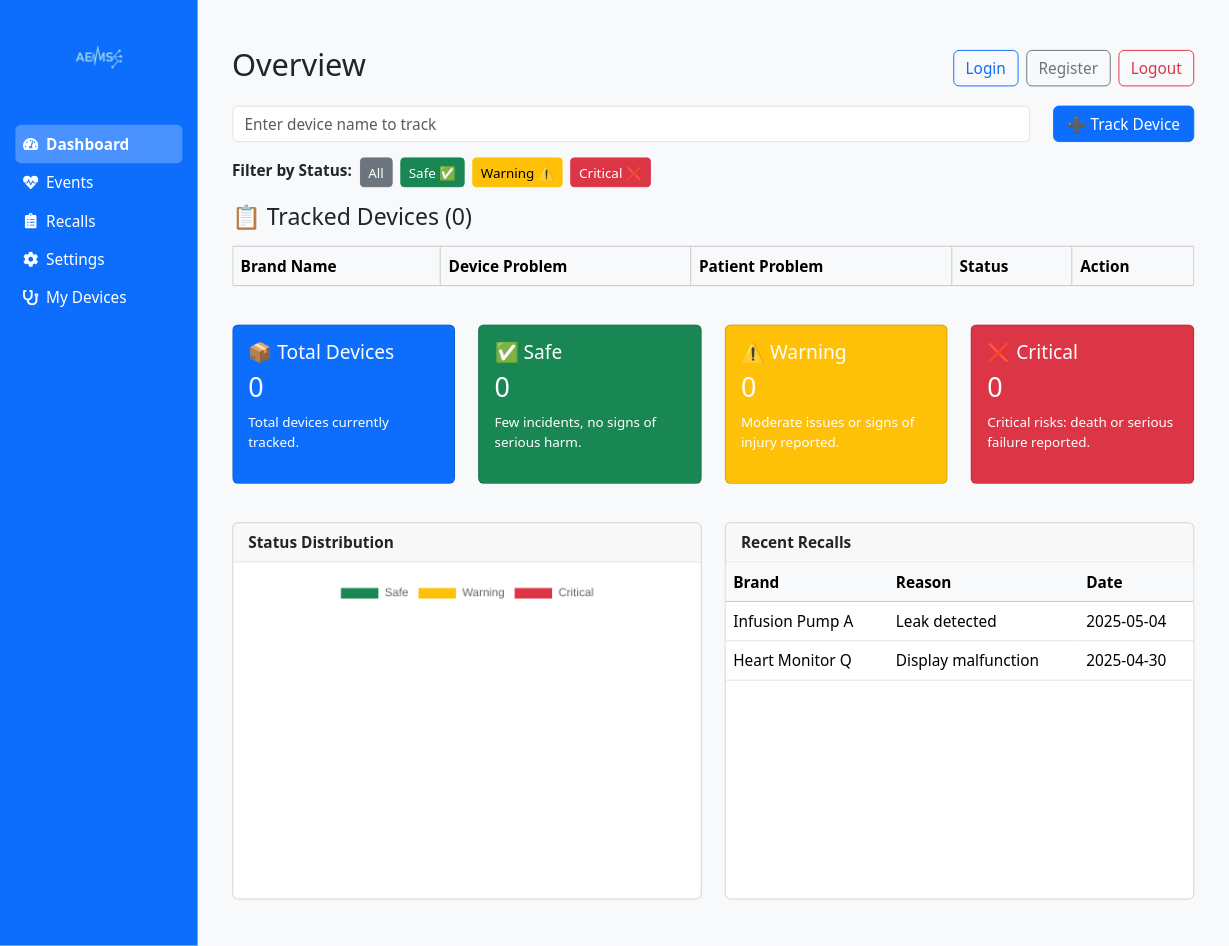
Repository: Sarary2/AEMS_2MVP
Page: / (app in frontend/AEMS/)
The author's editor kept a copy of each file at every save. The page is drawn from the files as they stood at one save, then again after the next save.
The browser window is 1280 px wide. The pictures show the whole page, at 96% of full size.
The page's requests for data from a server got no answer. The project was rebuilt for these pictures with package versions that can differ from the ones it lists, and the page was loaded fresh each time. No one was signed in, and anything a server would have sent is missing. Also part of the build but not shown: frontend/AEMS/vite.config.js, frontend/AEMS/src/components/DeviceRow.jsx, frontend/AEMS/src/pages/Events.jsx, frontend/AEMS/src/firebase.js, frontend/AEMS/src/pages/Login.jsx, frontend/AEMS/src/pages/Register.jsx, frontend/AEMS/src/utils/fetchRecalls.js, frontend/AEMS/src/pages/Recalls.jsx and 2 more.

Above is the page before, as saved 2025-05-06 14:32:10.

### frontend/AEMS/src/main.jsx
import React from 'react';
import ReactDOM from 'react-dom/client';
import App from './App.jsx';
import 'bootstrap/dist/css/bootstrap.min.css';

ReactDOM.createRoot(document.getElementById('root')).render(
  <React.StrictMode>
    <App />
  </React.StrictMode>
);

### frontend/AEMS/src/App.jsx
import { BrowserRouter as Router, Routes, Route, useLocation } from 'react-router-dom';
import Sidebar from './components/Sidebar';
import Dashboard from './pages/Dashboard';
import Events from './pages/Events';
import Login from './pages/Login';
import Register from './pages/Register';
import Recalls from './pages/Recalls';
import Settings from './pages/Settings';
import TrackedDevices from './pages/TrackedDevices';

function LayoutWithSidebar({ children }) {
  return (
    <div className="d-flex min-vh-100">
      <Sidebar />
      <div className="flex-grow-1 bg-light p-4 overflow-auto">
        {children}
      </div>
    </div>
  );
}

function AppRoutes() {
  const location = useLocation();
  const hideSidebar = ['/login', '/register'].includes(location.pathname);

  return hideSidebar ? (
    <Routes>
      <Route path="/login" element={<Login />} />
      <Route path="/register" element={<Register />} />
    </Routes>
  ) : (
    <LayoutWithSidebar>
      <Routes>
        <Route path="/" element={<Dashboard />} />
        <Route path="/events" element={<Events />} />
        <Route path="/recalls" element={<Recalls />} />
        <Route path="/settings" element={<Settings />} />
        <Route path="/tracked" element={<TrackedDevices />} />
      </Routes>
    </LayoutWithSidebar>
  );
}

export default function App() {
  return (
    <Router>
      <AppRoutes />
    </Router>
  );
}

### frontend/AEMS/src/components/Sidebar.jsx
import { NavLink } from 'react-router-dom';
import {
  FaTachometerAlt,
  FaHeartbeat,
  FaClipboardList,
  FaCog,
  FaStethoscope,
} from 'react-icons/fa';
import logo from '../assets/logo.png'; // Make sure path is correct

export default function Sidebar() {
  return (
    <div
      className="bg-primary text-white d-flex flex-column align-items-start p-3"
      style={{ width: '250px', minHeight: '100vh' }}
    >
      {/* Logo only */}
      <div className="w-100 text-center mb-4">
        <img
          src={logo}
          alt="AEMS Logo"
          className="img-fluid"
          style={{ height: '90px', objectFit: 'contain' }}
        />
      </div>

      {/* Navigation links */}
      <ul className="nav flex-column w-100">
        <li className="nav-item">
          <NavLink
            to="/"
            className={({ isActive }) =>
              `nav-link d-flex align-items-center text-white px-2 py-2 ${isActive ? 'fw-bold bg-white bg-opacity-25 rounded' : ''}`
            }
          >
            <FaTachometerAlt className="me-2" />
            Dashboard
          </NavLink>
        </li>
        <li className="nav-item">
          <NavLink
            to="/events"
            className={({ isActive }) =>
              `nav-link d-flex align-items-center text-white px-2 py-2 ${isActive ? 'fw-bold bg-white bg-opacity-25 rounded' : ''}`
            }
          >
            <FaHeartbeat className="me-2" />
            Events
          </NavLink>
        </li>
        <li className="nav-item">
          <NavLink
            to="/recalls"
            className={({ isActive }) =>
              `nav-link d-flex align-items-center text-white px-2 py-2 ${isActive ? 'fw-bold bg-white bg-opacity-25 rounded' : ''}`
            }
          >
            <FaClipboardList className="me-2" />
            Recalls
          </NavLink>
        </li>
        <li className="nav-item">
          <NavLink
            to="/settings"
            className={({ isActive }) =>
              `nav-link d-flex align-items-center text-white px-2 py-2 ${isActive ? 'fw-bold bg-white bg-opacity-25 rounded' : ''}`
            }
          >
            <FaCog className="me-2" />
            Settings
          </NavLink>
        </li>
        <li className="nav-item">
          <NavLink
            to="/tracked"
            className={({ isActive }) =>
              `nav-link d-flex align-items-center text-white px-2 py-2 ${isActive ? 'fw-bold bg-white bg-opacity-25 rounded' : ''}`
            }
          >
            <FaStethoscope className="me-2" />
            My Devices
          </NavLink>
        </li>
      </ul>
    </div>
  );
}

### frontend/AEMS/src/pages/Dashboard.jsx
import { useEffect, useState } from 'react';
import { useNavigate } from 'react-router-dom';
import StatCard from '../components/StatCard';
import DeviceRow from '../components/DeviceRow';
import StatusChart from '../components/StatusChart';
import RecallsPanel from '../components/RecallsPanel';

export default function Dashboard() {
  const [devices, setDevices] = useState([]);
  const [filter, setFilter] = useState('All');
  const [tracked, setTracked] = useState(() =>
    JSON.parse(localStorage.getItem('trackedDevices') || '[]')
  );
  const [deviceInput, setDeviceInput] = useState('');
  const navigate = useNavigate();

  // Fetch data
  useEffect(() => {
    fetch('http://localhost:5001/api/devices/all')
      .then(res => res.json())
      .then(setDevices)
      .catch(err => console.error('Failed to fetch devices', err));
  }, []);

  // Tracking
  const handleTrackAdd = () => {
    const input = deviceInput.trim().toLowerCase();
    if (!input || tracked.includes(input)) return;
    const updated = [...tracked, input];
    setTracked(updated);
    localStorage.setItem('trackedDevices', JSON.stringify(updated));
    setDeviceInput('');
  };

  const handleTrackRemove = (brandName) => {
    const normalized = tracked.find(t => brandName.toLowerCase().includes(t));
    if (!normalized) return;
    const updated = tracked.filter(t => t !== normalized);
    setTracked(updated);
    localStorage.setItem('trackedDevices', JSON.stringify(updated));
  };

  // Match devices
  const matchedTrackedDevices = devices.filter(d =>
    tracked.some(t => d.brandName.toLowerCase().includes(t))
  );

  const filteredDevices = filter === 'All'
    ? matchedTrackedDevices
    : matchedTrackedDevices.filter(d => d.status === filter);

  // Status logic
  const getStatusCounts = () => {
    const safe = matchedTrackedDevices.filter(d => d.status === 'Safe').length;
    const warning = matchedTrackedDevices.filter(d => d.status === 'Warning').length;
    const critical = matchedTrackedDevices.filter(d => d.status === 'Critical').length;
    return {
      total: matchedTrackedDevices.length,
      safe,
      warning,
      critical,
    };
  };

  const { total, safe, warning, critical } = getStatusCounts();

  const statusIcons = {
    Safe: '✅',
    Warning: '⚠️',
    Critical: '❌',
  };

  const dummyRecalls = [
    { brandName: 'Infusion Pump A', recallReason: 'Leak detected', recallDate: '2025-05-04' },
    { brandName: 'Heart Monitor Q', recallReason: 'Display malfunction', recallDate: '2025-04-30' },
  ];

  return (
    <div className="container-fluid">
      {/* Header */}
      <div className="d-flex justify-content-between align-items-center mt-4 mb-3">
        <h2>Overview</h2>
        <div>
          <button className="btn btn-outline-primary me-2" onClick={() => navigate('/login')}>Login</button>
          <button className="btn btn-outline-secondary me-2" onClick={() => navigate('/register')}>Register</button>
          <button className="btn btn-outline-danger" onClick={() => alert('🔒 Logged out')}>Logout</button>
        </div>
      </div>

      {/* Add Device */}
      <div className="mb-3 row">
        <div className="col-md-10">
          <input
            placeholder="Enter device name to track"
            className="form-control"
            value={deviceInput}
            onChange={(e) => setDeviceInput(e.target.value)}
          />
        </div>
        <div className="col-md-2">
          <button className="btn btn-primary w-100" onClick={handleTrackAdd}>
            ➕ Track Device
          </button>
        </div>
      </div>

      {/* Filter */}
      <div className="mb-3">
        <strong>Filter by Status:</strong>{' '}
        {['All', 'Safe', 'Warning', 'Critical'].map((s) => (
          <button
            key={s}
            className={`btn btn-sm mx-1 btn-${s === 'All' ? 'secondary' : s === 'Safe' ? 'success' : s === 'Warning' ? 'warning' : 'danger'}`}
            onClick={() => setFilter(s)}
          >
            {s} {statusIcons[s] || ''}
          </button>
        ))}
      </div>

      {/* Devices Table */}
      <h4>📋 Tracked Devices ({filteredDevices.length})</h4>
      <div className="table-responsive mb-4">
        <table className="table table-striped table-bordered mt-2">
          <thead className="table-light">
            <tr>
              <th>Brand Name</th>
              <th>Device Problem</th>
              <th>Patient Problem</th>
              <th>Status</th>
              <th>Action</th>
            </tr>
          </thead>
          <tbody>
            {filteredDevices.map((device, i) => (
              <DeviceRow key={i} device={device} onRemove={handleTrackRemove} />
            ))}
          </tbody>
        </table>
      </div>

      {/* Stats Cards */}
      <div className="row mb-4">
        <StatCard title="Total Devices" count={total} />
        <StatCard title="Safe" count={safe} />
        <StatCard title="Warning" count={warning} />
        <StatCard title="Critical" count={critical} />
      </div>

      {/* Charts */}
      <div className="row mb-4">
        <div className="col-md-6">
          <StatusChart data={{ Safe: safe, Warning: warning, Critical: critical }} />
        </div>
        <div className="col-md-6">
          <RecallsPanel recalls={dummyRecalls} />
        </div>
      </div>
    </div>
  );
}

### frontend/AEMS/src/components/StatCard.jsx
import React from 'react';

const statusDetails = {
  "Safe": {
    icon: "✅",
    explanation: "Few incidents, no signs of serious harm.",
    color: "success"
  },
  "Warning": {
    icon: "⚠️",
    explanation: "Moderate issues or signs of injury reported.",
    color: "warning"
  },
  "Critical": {
    icon: "❌",
    explanation: "Critical risks: death or serious failure reported.",
    color: "danger"
  },
  "Total Devices": {
    icon: "📦",
    explanation: "Total devices currently tracked.",
    color: "primary"
  }
};

export default function StatCard({ title, count }) {
  const details = statusDetails[title] || {
    icon: "📊",
    explanation: "Summary of device activity.",
    color: "secondary"
  };

  return (
    <div className="col-md-3 mb-3">
      <div className={`card text-white bg-${details.color}`}>
        <div className="card-body">
          <h5 className="card-title">
            {details.icon} {title}
          </h5>
          <h3 className="card-text">{count}</h3>
          <p className="small">{details.explanation}</p>
        </div>
      </div>
    </div>
  );
}

### frontend/AEMS/src/components/StatusChart.jsx
import { Pie } from 'react-chartjs-2';
import { Chart as ChartJS, ArcElement, Tooltip, Legend } from 'chart.js';

ChartJS.register(ArcElement, Tooltip, Legend);

export default function StatusChart({ data }) {
  const chartData = {
    labels: ['Safe', 'Warning', 'Critical'],
    datasets: [
      {
        data: [data.Safe, data.Warning, data.Critical],
        backgroundColor: ['#198754', '#ffc107', '#dc3545'],
        borderWidth: 1,
      },
    ],
  };

  const chartOptions = {
    responsive: true,
    maintainAspectRatio: false,
    plugins: {
      legend: { position: 'top' },
    },
  };

  return (
    <div className="card h-100">
      <div className="card-header fw-semibold">Status Distribution</div>
      <div className="card-body" style={{ height: '350px' }}>
        <Pie data={chartData} options={chartOptions} />
      </div>
    </div>
  );
}

### frontend/AEMS/src/components/RecallsPanel.jsx
export default function RecallsPanel({ recalls }) {
    return (
      <div className="card h-100">
        <div className="card-header fw-bold">Recent Recalls</div>
        <div className="card-body p-0">
          <table className="table mb-0 table-hover">
            <thead className="table-light">
              <tr>
                <th>Brand</th>
                <th>Reason</th>
                <th>Date</th>
              </tr>
            </thead>
            <tbody>
              {recalls.length === 0 ? (
                <tr>
                  <td colSpan="3" className="text-center text-muted">No recent recalls.</td>
                </tr>
              ) : (
                recalls.map((recall, idx) => (
                  <tr key={idx}>
                    <td>{recall.brandName}</td>
                    <td>{recall.recallReason}</td>
                    <td>{recall.recallDate}</td>
                  </tr>
                ))
              )}
            </tbody>
          </table>
        </div>
      </div>
    );
  }

Loaded but not shown: frontend/AEMS/index.html (common file)

After the next save:
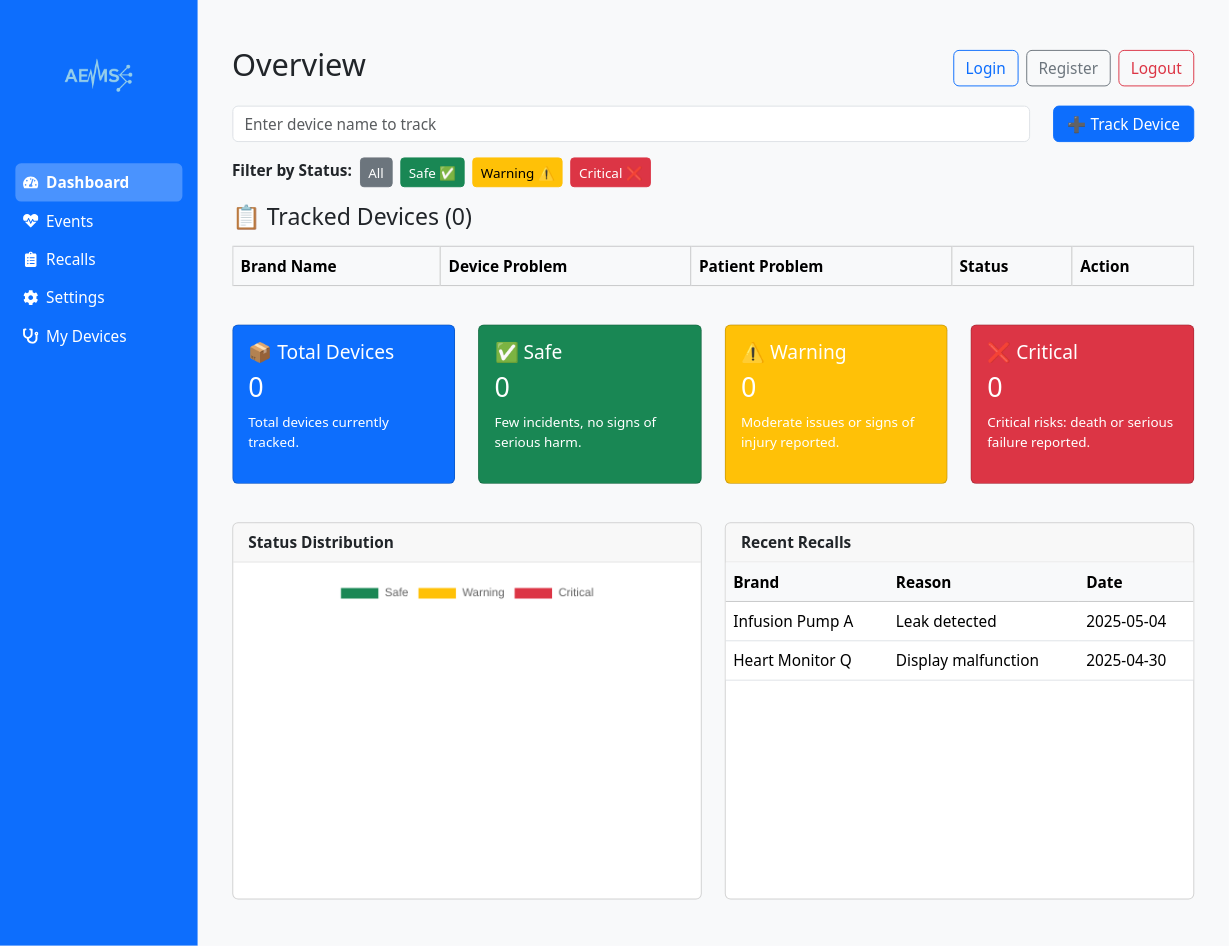
Saved 50 s later.
--- a/frontend/AEMS/src/components/Sidebar.jsx
+++ b/frontend/AEMS/src/components/Sidebar.jsx
@@ -20,7 +20,7 @@ export default function Sidebar() {
           src={logo}
           alt="AEMS Logo"
           className="img-fluid"
-          style={{ height: '90px', objectFit: 'contain' }}
+          style={{ height: '130px', objectFit: 'contain' }}
         />
       </div>
 
